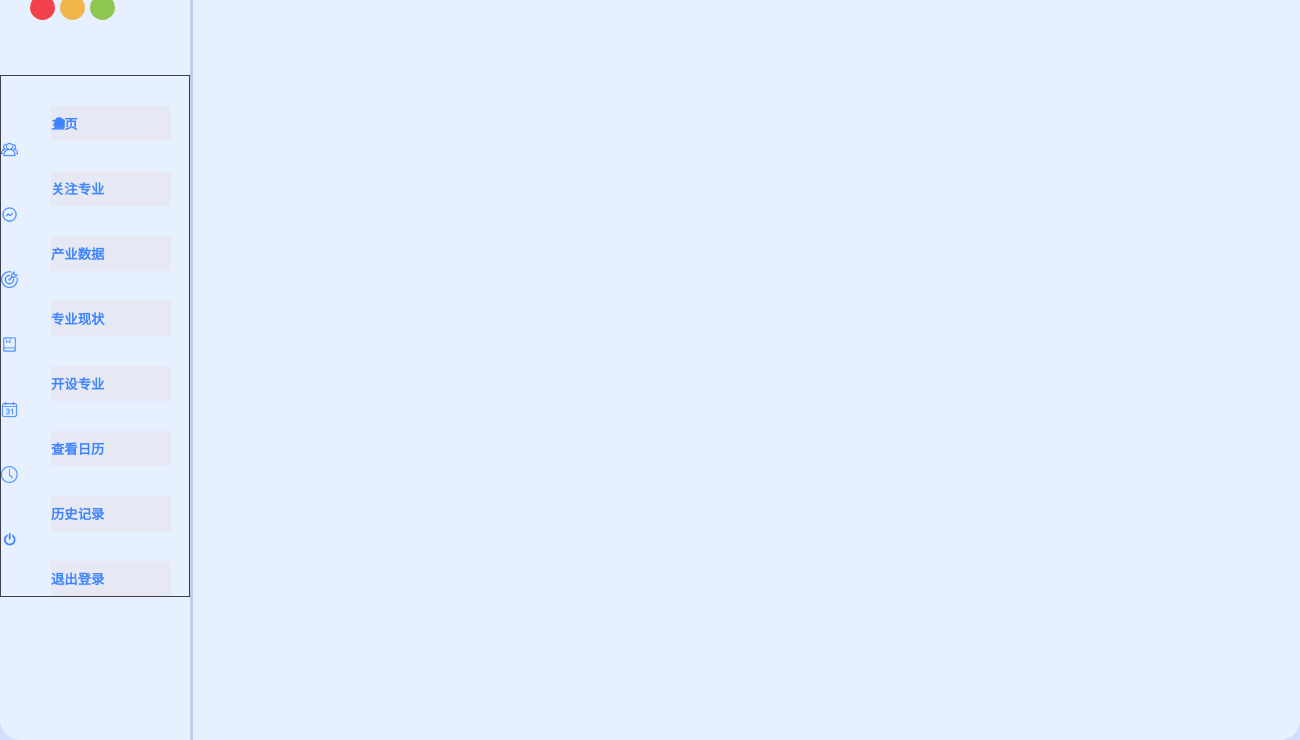
Repository: akaCSDN/test
Page: 2.1主页.html
These files come from the project's save history. The page is drawn as it stood at one moment and after the next save; the edit follows.
The browser window is 1280 px wide. The page is 1300 px wide, so the pictures cover 1300 px, including what lies to the right of the window. The pictures show the whole page.

Above is the page before, as saved 2022-12-02 15:43:13.

After the next save:
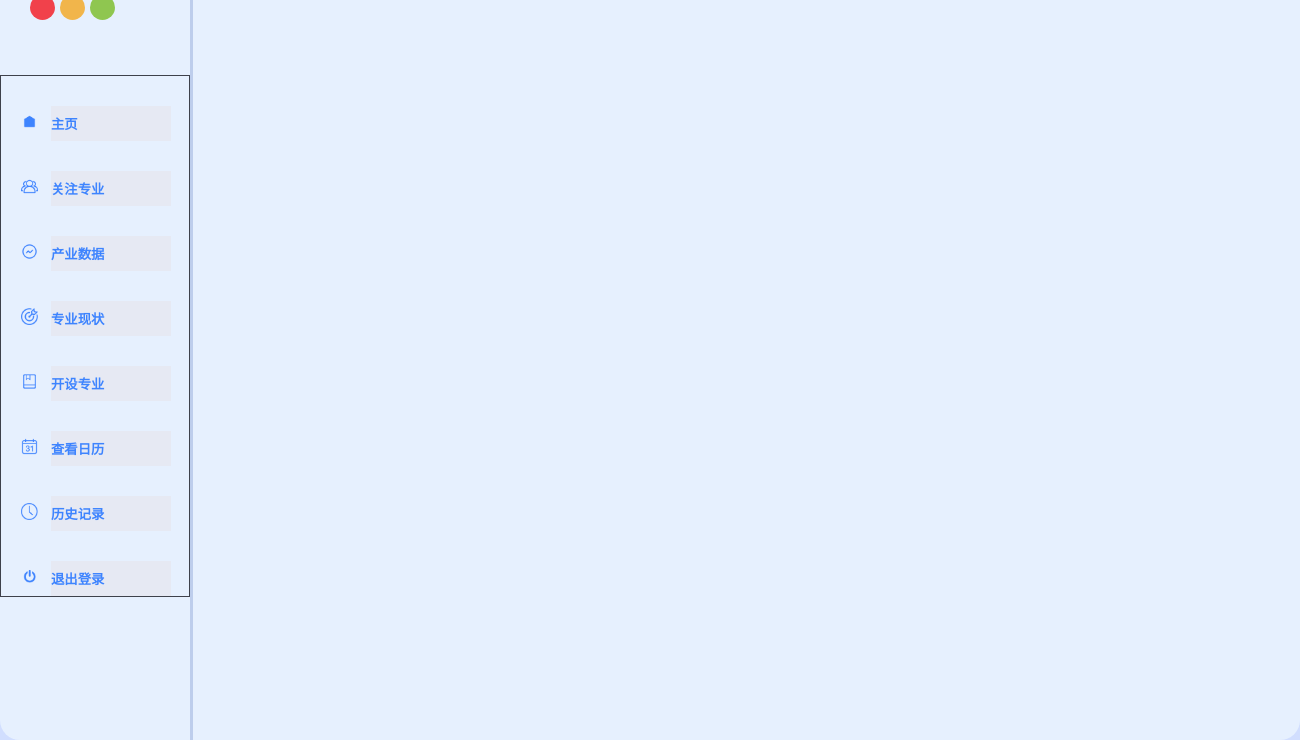
Saved 12 s later.
--- a/2.1主页.html
+++ b/2.1主页.html
@@ -77,9 +77,8 @@
             width: 17px;
             height: 17px;
             position: absolute;
-            /* margin-top: 37px;
-            margin-left: 20px; */
-            margin-right: 20px;
+            margin-top: 37px;
+            margin-left: 20px;
         }
     </style>
 </head>
@@ -92,7 +91,7 @@
                 <div style="background-color:rgb(116, 189, 7);"></div>
             </div>
             <div class="button">
-                    <button><img src="./icon/主页.png" alt="">主页</button>
+                    <img src="./icon/主页.png" alt=""><button>主页</button>
                     <br>
                     <img src="./icon/专业.png" alt=""><button>关注专业</button>
                     <br>
